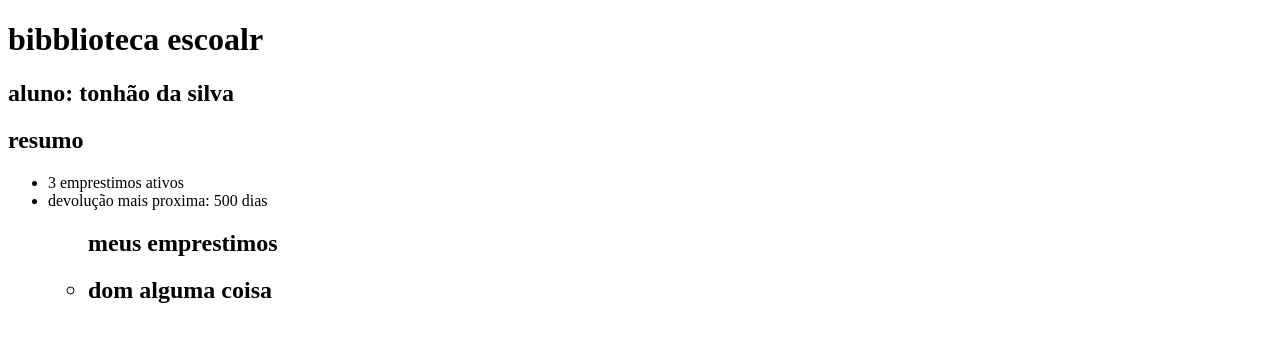
Repository: melloeduarda/html
Page: index.html
These files come from the project's save history. The page is drawn as it stood at one moment and after the next save; the edit follows.
The browser window is 1280 px wide. The pictures show the whole page.

Above is the page before, as saved 2026-10-28 15:16:15.

After the next save:
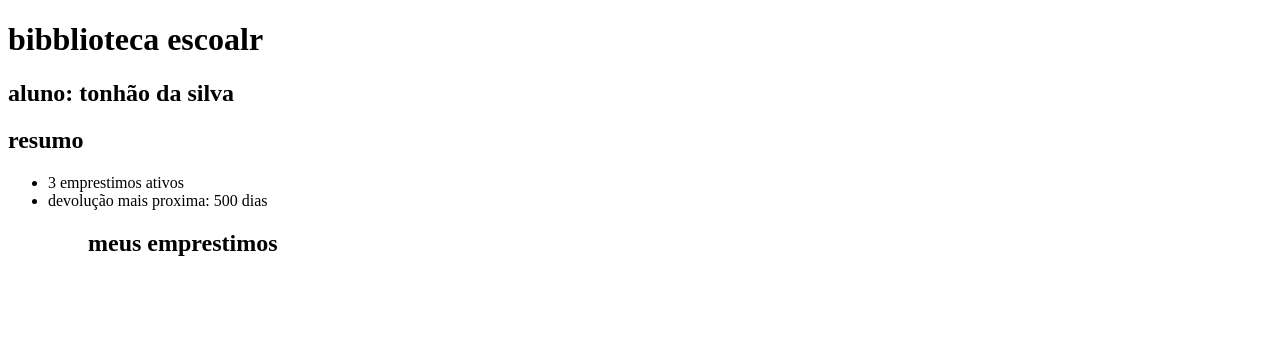
Saved 10 s later.
--- a/index.html
+++ b/index.html
@@ -20,4 +20,3 @@
     <ul>
 <h2>meus emprestimos<h2>
     <div class="card">
-        <li>dom alguma coisa</li>
